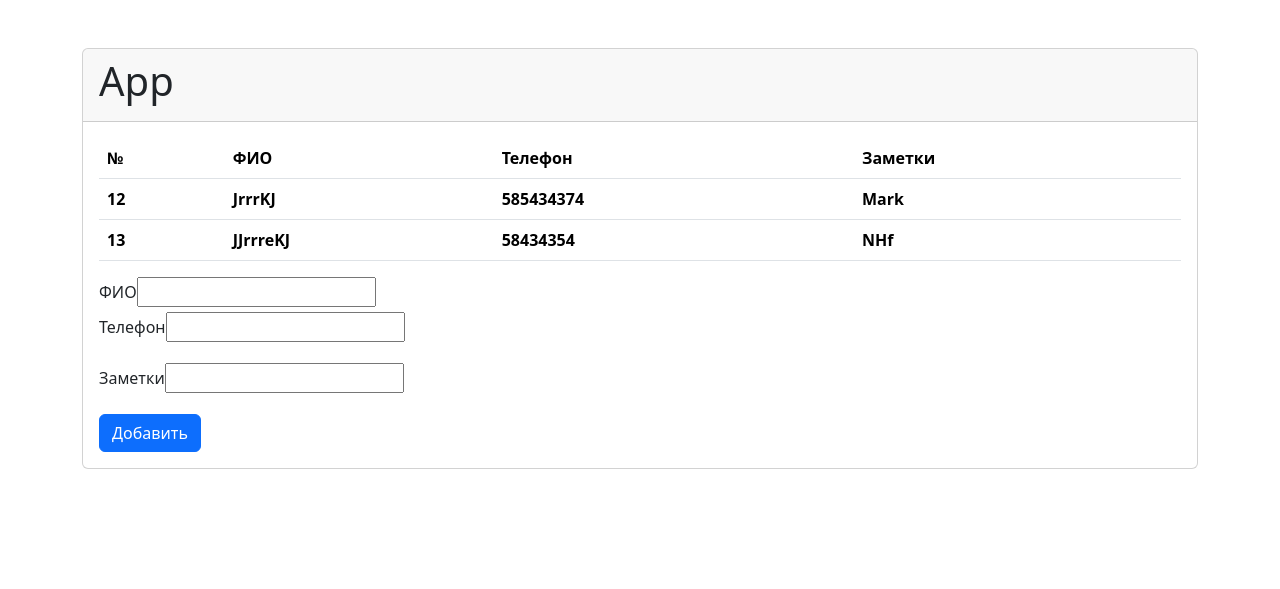
Repository: tatacheba/appstepikjavareact
Page: / (app in client/)
An editor plug-in stored every save of this project. The page is shown before and after the next save, followed by the edit.
The browser window is 1280 px wide. The pictures show the whole page.
The project was rebuilt for these pictures with package versions that can differ from the ones it lists, and the page was loaded fresh each time. Also part of the build but not shown: client/src/App.css.

Above is the page before, as saved 2024-11-27 14:36:23.

### client/public/index.html
<!DOCTYPE html>
<html lang="en">
    <head>
        <meta charset="utf-8" />
        <link rel="icon" href="%PUBLIC_URL%/favicon.ico" />
        <meta name="viewport" content="width=device-width, initial-scale=1" />
        <meta name="theme-color" content="#000000" />
        <meta
            name="description"
            content="Web site created using create-react-app"
        />
        <link rel="apple-touch-icon" href="%PUBLIC_URL%/logo192.png" />
        <link
            href="https://cdn.jsdelivr.net/npm/bootstrap@5.3.3/dist/css/bootstrap.min.css"
            rel="stylesheet"
            integrity="sha384-QWTKZyjpPEjISv5WaRU9OFeRpok6YctnYmDr5pNlyT2bRjXh0JMhjY6hW+ALEwIH"
            crossorigin="anonymous"
        />
        <!--
      manifest.json provides metadata used when your web app is installed on a
      user's mobile device or desktop. See https://developers.google.com/web/fundamentals/web-app-manifest/
    -->
        <link rel="manifest" href="%PUBLIC_URL%/manifest.json" />

        <title>App of Stepik</title>
    </head>
    <body>
        <div id="root"></div>
        <script
            src="https://cdn.jsdelivr.net/npm/bootstrap@5.3.3/dist/js/bootstrap.bundle.min.js"
            integrity="sha384-YvpcrYf0tY3lHB60NNkmXc5s9fDVZLESaAA55NDzOxhy9GkcIdslK1eN7N6jIeHz"
            crossorigin="anonymous"
        ></script>
    </body>
</html>

### client/src/index.js
import React from "react";
import ReactDOM from "react-dom/client";
import "./index.css";
import App from "./App";
import "bootstrap/dist/css/bootstrap.min.css";
import "bootstrap/dist/js/bootstrap.bundle.min.js";

const root = ReactDOM.createRoot(document.getElementById("root"));
root.render(
    <React.StrictMode>
        <App />
    </React.StrictMode>
);

### client/src/App.js
import "./App.css";
import TablewView from "./layouts/tableView/TablewView";
import { useState } from "react";
import FormNewItem from "./layouts/formNewItem/FormNewItem";

function App() {
    const [items, setItem] = useState([
        { id: 12, fullName: "JrrrKJ", phone: 585434374, notes: "Mark" },
        { id: 13, fullName: "JJrrreKJ", phone: 58434354, notes: "NHf" },
    ]);

    function appendContact() {
        const contact = {
            id: 15,
            fullName: "ннннн",
            phone: 585444,
            notes: "FFFF",
        };
        items[0].fullName = "Bpvtyt";
        setItem([...items, contact]);
        console.log(items);
    }

    return (
        <div className="container mt-5">
            <div className=" card">
                <div className="card-header">
                    <h1>App</h1>
                </div>
                <div className="card-body">
                    <TablewView data={items} />
                    <div>
                        <FormNewItem appendContact={appendContact} />
                    </div>
                </div>
            </div>
        </div>
    );
}

export default App;

### client/src/layouts/tableView/TablewView.js
import React from "react";
import TableRowItem from "./components/TableRowItem";

const TablewView = (props) => {
    return (
        <table className="table table-hover">
            <thead>
                <tr>
                    <th scope="col">№</th>
                    <th scope="col">ФИО</th>
                    <th scope="col">Телефон</th>
                    <th scope="col">Заметки</th>
                </tr>
            </thead>
            <tbody>
                {props.data.map((item) => (
                    <TableRowItem contact={item} />
                ))}
            </tbody>
        </table>
    );
};
export default TablewView;

### client/src/layouts/formNewItem/FormNewItem.js
import React from "react";

function FormNewItem(props) {
    return (
        <form action="">
            <div className="mb-12">
                <label className="form-label">ФИО</label>
                <input type="text" />
            </div>

            <div className="mb-3">
                <label className="form-label">Телефон</label>
                <input type="textarea" />
            </div>

            <div className="mb-3">
                <label className="form-label">Заметки</label>
                <input type="text" />
            </div>
            <button
                className="btn btn-primary"
                onClick={props.appendContact}
                type="button"
            >
                Добавить
            </button>
        </form>
    );
}

export default FormNewItem;

### client/src/layouts/tableView/components/TableRowItem.js
import React from "react";

const TableRowItem = (props) => {
    return (
        <tr>
            <th scope="row">{props.contact.id}</th>
            <th>{props.contact.fullName}</th>
            <th>{props.contact.phone}</th>
            <th>{props.contact.notes}</th>
        </tr>
    );
};

export default TableRowItem;

Loaded but not shown: client/src/index.css (common file)

After the next save:
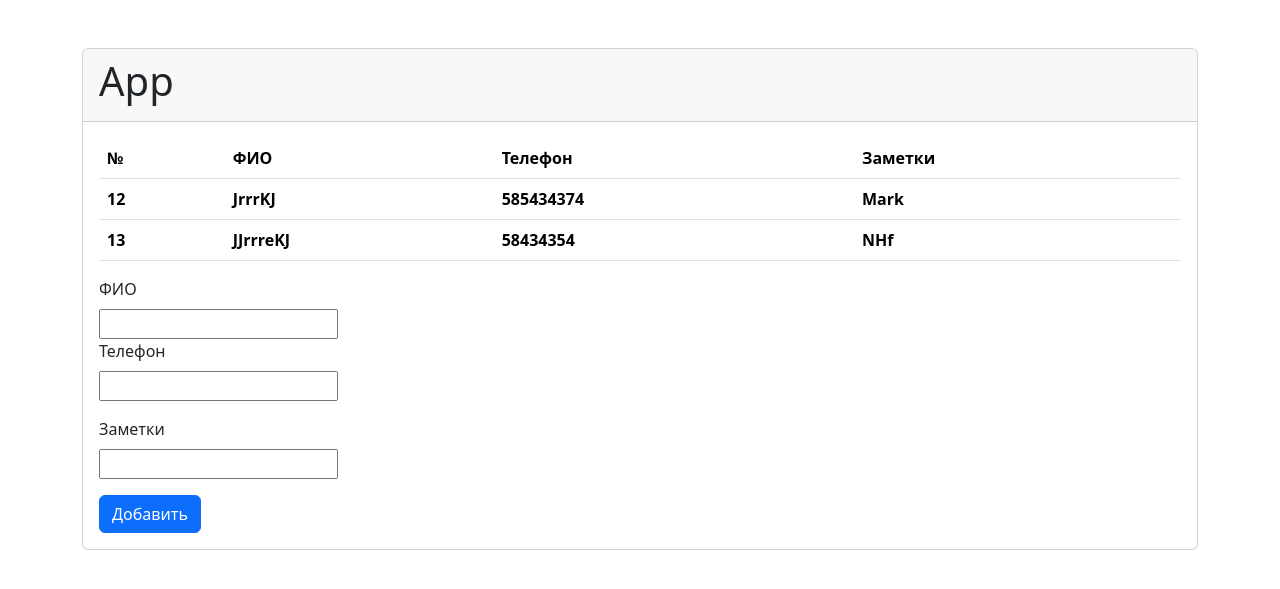
Saved 35 s later.
--- a/client/src/layouts/formNewItem/FormNewItem.js
+++ b/client/src/layouts/formNewItem/FormNewItem.js
@@ -3,18 +3,16 @@ import React from "react";
 function FormNewItem(props) {
     return (
         <form action="">
+            <label className="form-label">ФИО</label>
             <div className="mb-12">
-                <label className="form-label">ФИО</label>
                 <input type="text" />
             </div>
-
+            <label className="form-label">Телефон</label>
             <div className="mb-3">
-                <label className="form-label">Телефон</label>
                 <input type="textarea" />
             </div>
-
+            <label className="form-label">Заметки</label>
             <div className="mb-3">
-                <label className="form-label">Заметки</label>
                 <input type="text" />
             </div>
             <button
